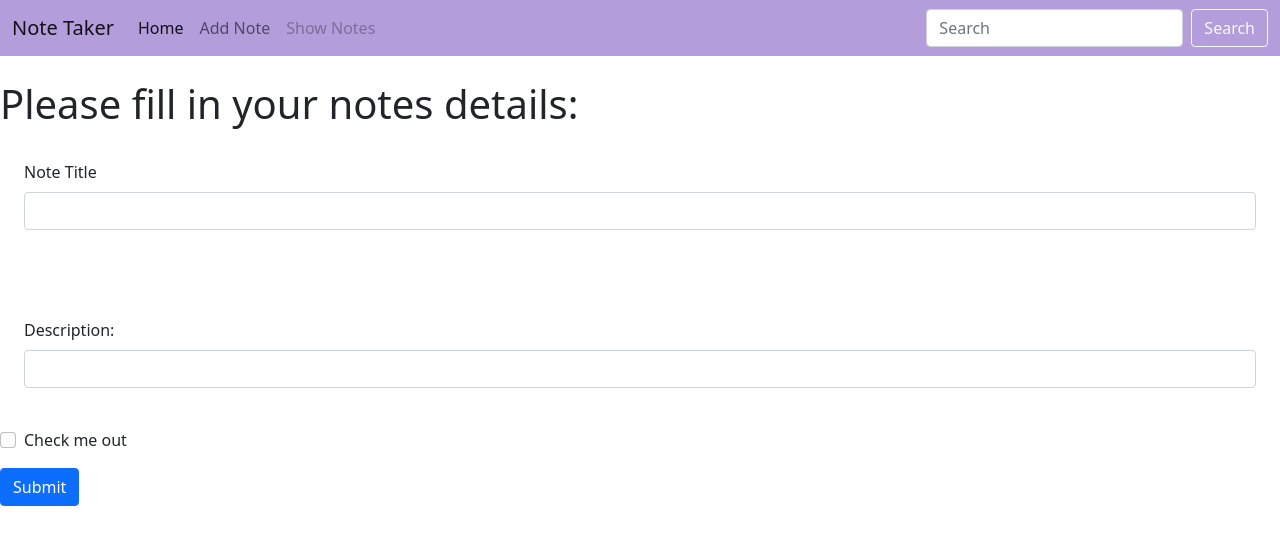
Repository: Tanmoy4672/Hibernate
Page: http://localhost/NoteTaker/add_notes.jsp
These files come from the project's save history. The page is drawn as it stood at one moment and after the next save; the edit follows.
The browser window is 1280 px wide. The pictures show the whole page.
The page is served by Tomcat 9.

Above is the page before, as saved 2021-12-16 06:18:32.

After the next save:
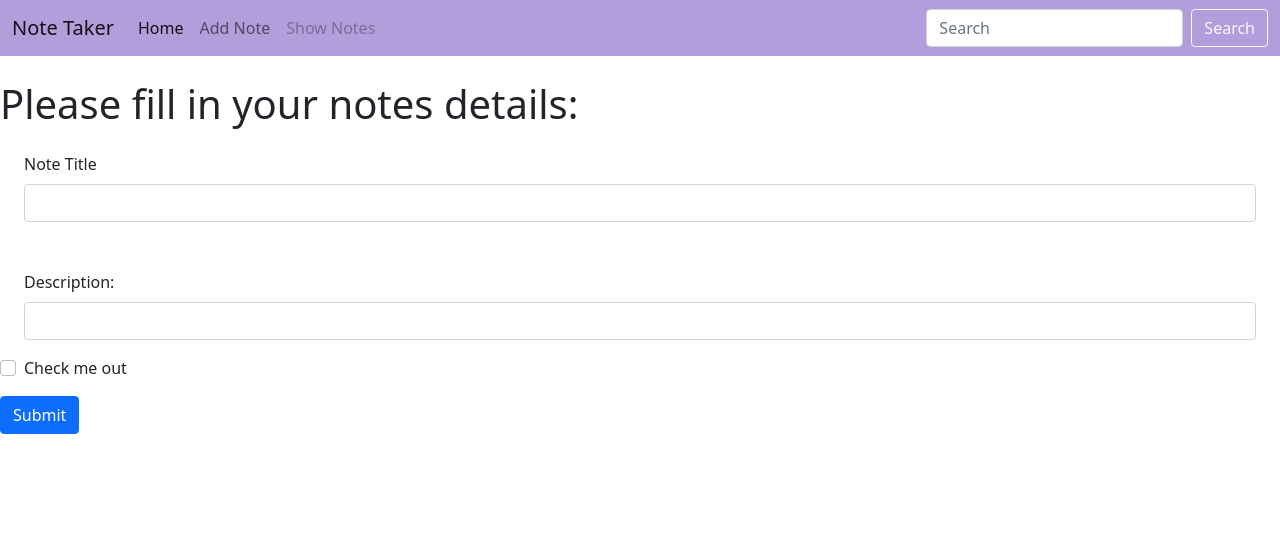
Saved 17 s later.
--- a/NoteTaker/src/main/webapp/add_notes.jsp
+++ b/NoteTaker/src/main/webapp/add_notes.jsp
@@ -17,13 +17,13 @@
 <h1>Please fill in your notes details:</h1>
 	<!-- This is add notes form -->
 	<form action="SaveNoteServlet" method="POST">
-		<div class="mb-3 p-4">
+		<div class="mb-3 m-4">
 			<label for="exampleInputEmail1" class="form-label">Note Title</label>
 			 <input type="text" class="form-control"
 				id="exampleInputEmail1" aria-describedby="emailHelp">
 			<br>
 		</div>
-		<div class="mb-3 p-4">
+		<div class="mb-3 m-4">
 			<label for="exampleInputPassword1" class="form-label">Description:</label>
 			<input type="text" class="form-control"
 				id="exampleInputPassword1">
